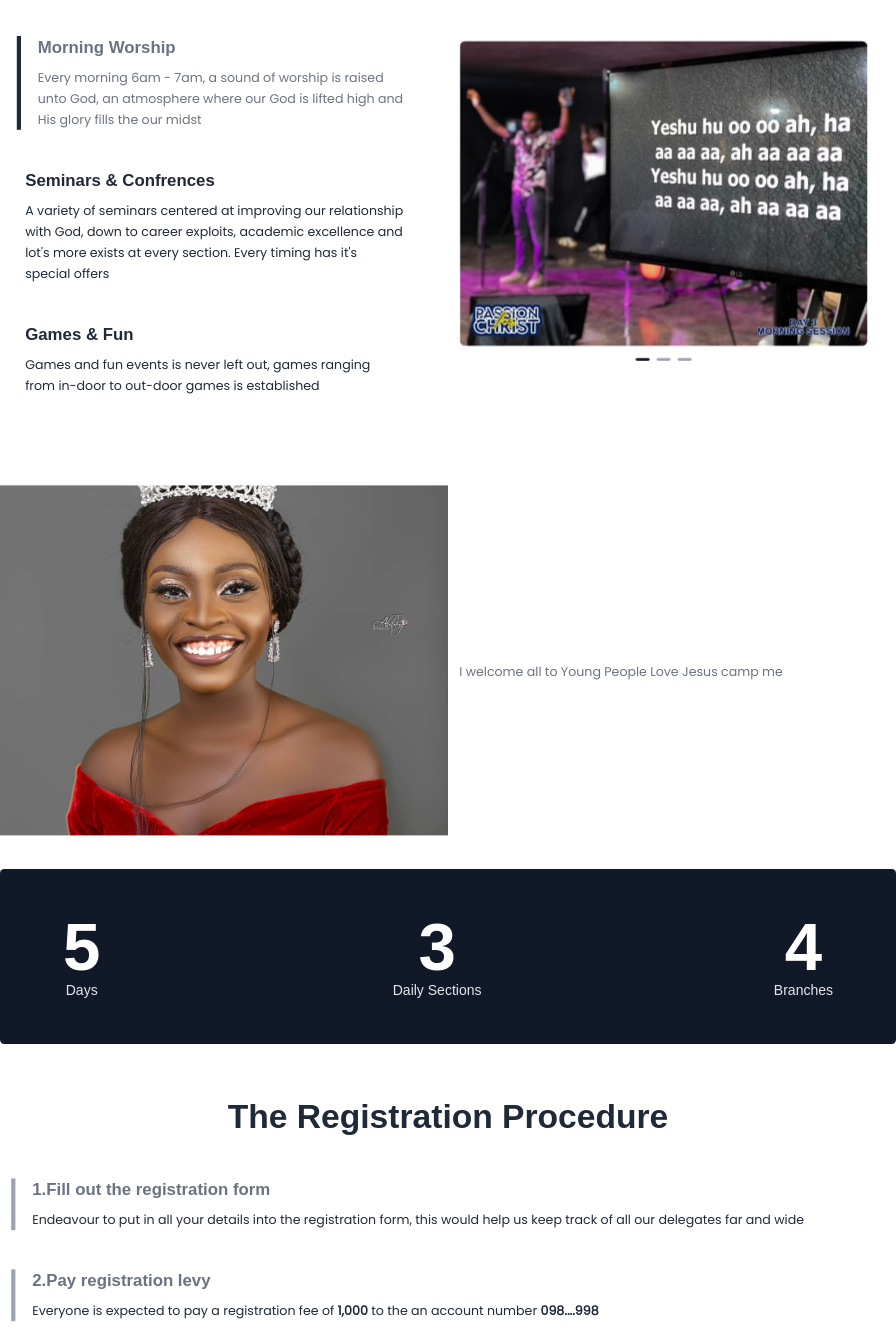
Repository: Ifenna-Pascal/user-camp-onboarding
Page: /
An editor plug-in stored every save of this project. The page is shown before and after the next save, followed by the edit.
The browser window is 1280 px wide. The pictures show the part of the page from y = 1448 to 3368 px (the page is 4228 px tall), at 70% of full size.
Some web fonts or font styles are not loaded; a fallback is used. The project was rebuilt for these pictures with package versions that can differ from the ones it lists, and the page was loaded fresh each time. The framework's server and built-in components were replaced by stand-ins that run in the browser. Also part of the build but not shown: next.config.js, styles/Home.module.css.

Above is the page before, as saved 2022-11-26 11:11:57.

After the next save:
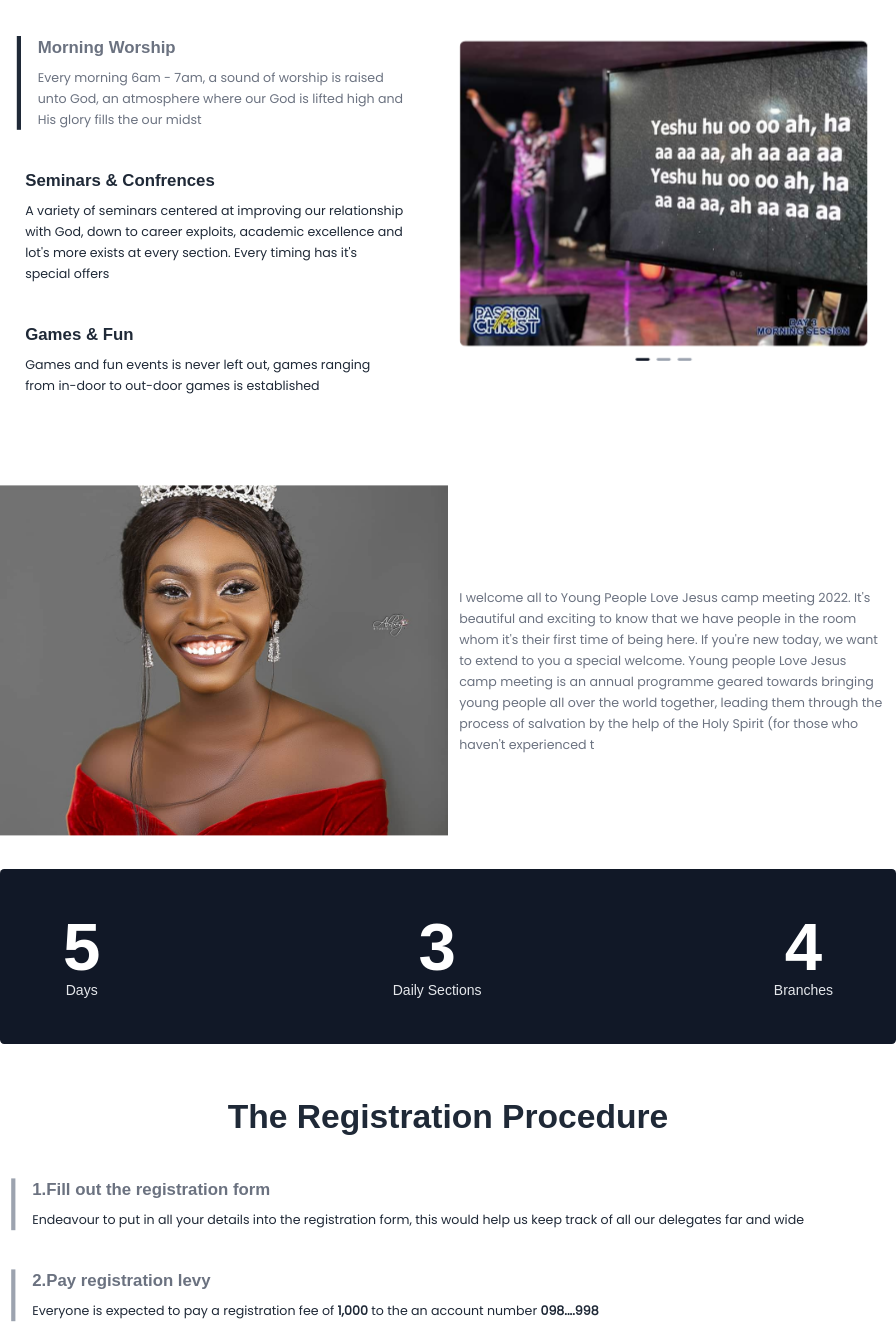
Saved 7 s later.
--- a/components/sections/Speech.jsx
+++ b/components/sections/Speech.jsx
@@ -29,7 +29,7 @@ function Speech() {
       </div>
       <div>
         <p className="text-left block text-lg font-poppins  leading-[30px] text-gray-500 p-4">
-          {p.substring(0, 50)}
+          {p.substring(0, 500)}
         </p>
       </div>
     </div>
